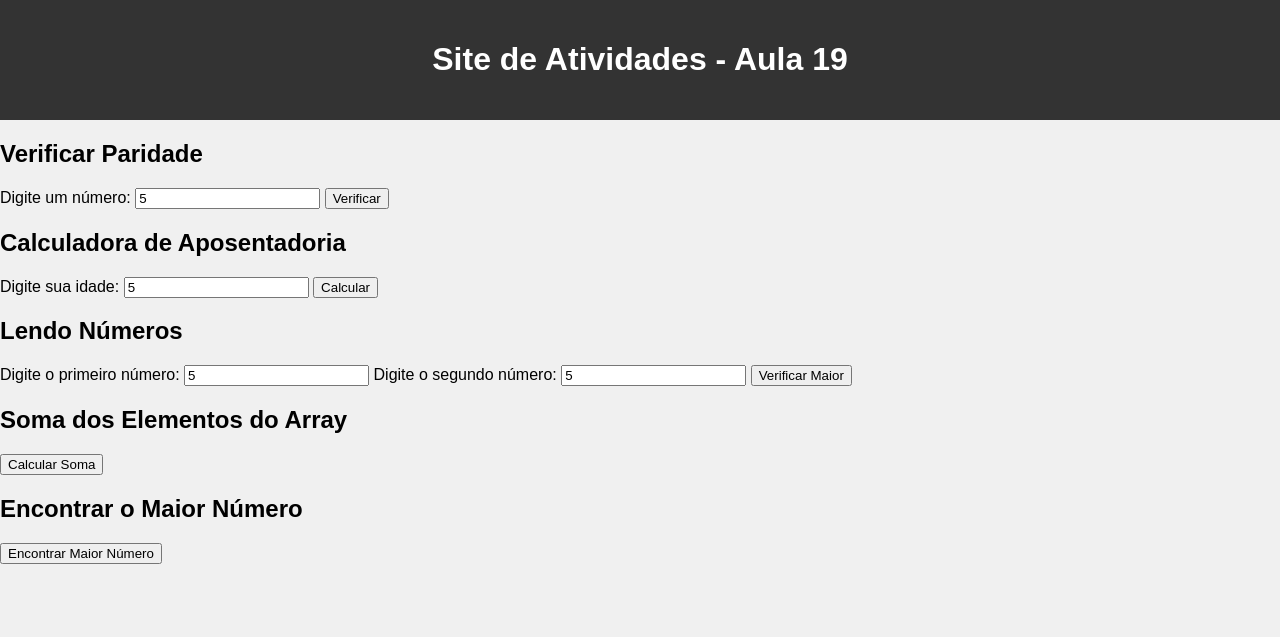
Repository: Gabrielb0rn/Java-script.io
Page: 19aula 1208/index.html
The author's editor kept a copy of each file at every save. The page is drawn from the files as they stood at one save, then again after the next save.
The browser window is 1280 px wide. The pictures show the whole page.
Empty fields were first filled with sample values (such as "Sample", 5 or name@example.com).
After loading, the first visible `#formAposentadoria` was submitted once.

Above is the page before, as saved 2024-08-12 08:42:01.
Console error: TypeError: Cannot read properties of null (reading 'addEventListener')

### 19aula 1208/index.html
<!DOCTYPE html>
<html lang="pt-BR">
<head>
    <meta charset="UTF-8">
    <meta name="viewport" content="width=device-width, initial-scale=1.0">
    <title>Site de atividades - aula 19</title>
    <link rel="stylesheet" href="assets/style.css">
</head>
<body>
    <header>
        <h1>Site de Atividades - Aula 19</h1>
    </header>

    <!-- Seção da Atividade 1: Verificar Paridade -->
    <section>
        <h2>Verificar Paridade</h2>
        <form class="container" id="formParidade">
            <label for="numeroParidade">Digite um número:</label>
            <input type="number" id="numeroParidade" name="numeroParidade" required>
            <button type="submit">Verificar</button>
        </form>
        <p id="resultadoParidade"></p>
    </section>

    <!-- Seção da Atividade 2: Aposentadoria -->
    <section>
        <h2>Calculadora de Aposentadoria</h2>
        <form class="container" id="formAposentadoria">
            <label for="idadeAposentadoria">Digite sua idade:</label>
            <input type="number" id="idadeAposentadoria" name="idadeAposentadoria" required>
            <button type="submit">Calcular</button>
        </form>
        <p id="resultadoAposentadoria"></p>
    </section>

    <!-- Seção da Atividade 3: Lendo Números -->
    <section>
        <h2>Lendo Números</h2>
        <form class="container" id="formLendoNumeros">
            <label for="numero1">Digite o primeiro número:</label>
            <input type="number" id="numero1" name="numero1" required>
            <label for="numero2">Digite o segundo número:</label>
            <input type="number" id="numero2" name="numero2" required>
            <button type="submit">Verificar Maior</button>
        </form>
        <p id="resultadoLendoNumeros"></p>
    </section>

    <!-- Seção da Atividade 4: Soma dos Elementos do Array -->
    <section>
        <h2>Soma dos Elementos do Array</h2>
        <button id="calcularSoma">Calcular Soma</button>
        <p id="resultadoSoma"></p>
    </section>

    <!-- Seção da Atividade 5: Encontrar o Maior Número -->
    <section>
        <h2>Encontrar o Maior Número</h2>
        <button id="encontrarMaior">Encontrar Maior Número</button>
        <p id="resultadoMaior"></p>
    </section>

    <script src="assets/scripts.js"></script>
</body>
</html>

### 19aula 1208/assets/style.css
body {
    background-color: #f0f0f0;
    font-family: Arial, sans-serif;
    margin: 0;
    padding: 0;
}

header {
    background-color: #333;
    color: #fff;
    padding: 20px;
    text-align: center;
}

### 19aula 1208/assets/scripts.js
//  --------------------------------- Aposentadoria ---------------------------------------------

document.getElementById('formAposentadoria').addEventListener('submit', function(event) {
    event.preventDefault();
    const idade = document.getElementById('idade').value;
    const idadeMinimaParaAposentadoria = 65;
    let resultado;

    if (idade >= idadeMinimaParaAposentadoria) {
        resultado = "Você já pode se aposentar.";
    } else {
        const anosRestantes = idadeMinimaParaAposentadoria - idade;
        resultado = `Faltam ${anosRestantes} anos para você se aposentar.`;
    }

    document.getElementById('resultadoAposentadoria').innerText = resultado;
});

// --------------------------------- Calculadora de IMC ----------------------------------------

document.getElementById('formIMC').addEventListener('submit', function(event) {
    event.preventDefault();
    const peso = parseFloat(document.getElementById('peso').value);
    const altura = parseFloat(document.getElementById('altura').value);
    const imc = (peso / (altura * altura)).toFixed(2);
    let categoria;

    if (imc < 18.5) {
        categoria = "Abaixo do peso";
    } else if (imc < 24.9) {
        categoria = "Peso normal";
    } else if (imc < 29.9) {
        categoria = "Sobrepeso";
    } else {
        categoria = "Obesidade";
    }

    document.getElementById('resultadoIMC').innerText = `Seu IMC é ${imc} (${categoria})`;
});

// -------------------------- Verificação de Número Par ou Ímpar ------------------------------

document.getElementById('formParImpar').addEventListener('submit', function(event) {
    event.preventDefault();
    const numero = parseInt(document.getElementById('numero').value);
    const resultado = numero % 2 === 0 ? "O número é par." : "O número é ímpar.";

    document.getElementById('resultadoParImpar').innerText = resultado;
});

// ---------------------------- Adicione mais scripts conforme necessário ------------------------

After the next save:
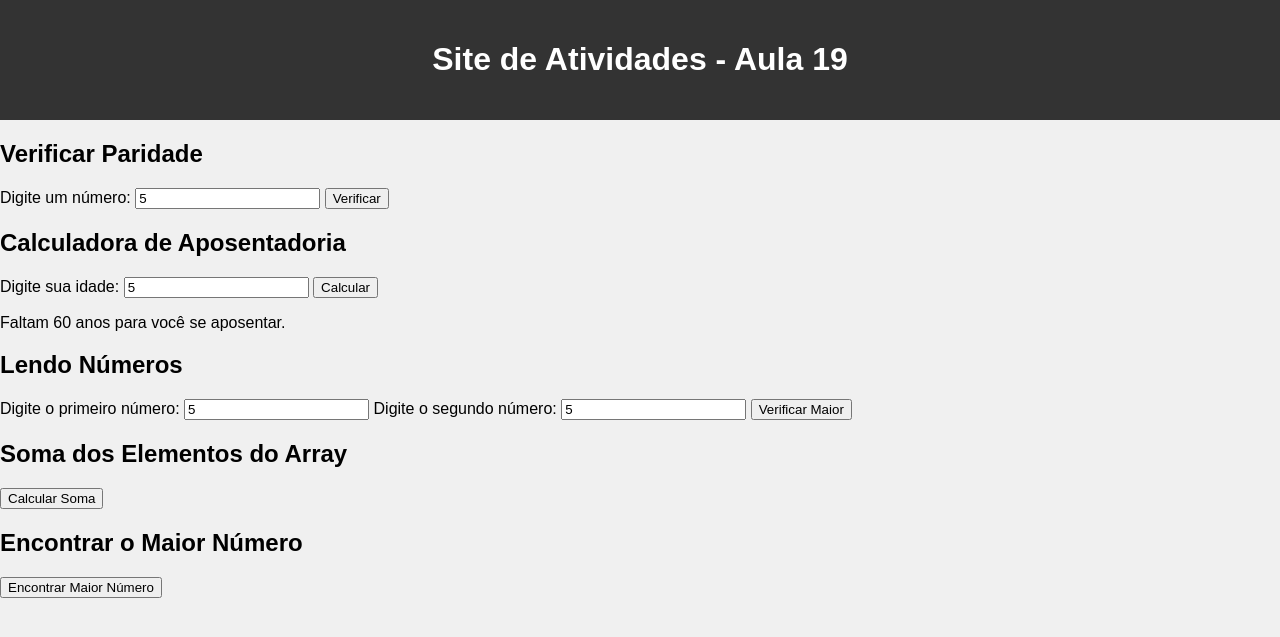
The error is gone.
Saved 25 s later.
--- a/19aula 1208/assets/scripts.js
+++ b/19aula 1208/assets/scripts.js
@@ -1,51 +1,65 @@
-//  --------------------------------- Aposentadoria ---------------------------------------------
+//  -------------------------- Verificar Paridade ------------------------------------
+
+document.getElementById('formParidade').addEventListener('submit', function(event) {
+    event.preventDefault();
+    const numero = parseInt(document.getElementById('numeroParidade').value);
+    const resultado = verificarParidade(numero);
+    document.getElementById('resultadoParidade').innerText = `O número é ${resultado}.`;
+});
+
+function verificarParidade(numero) {
+    return numero % 2 === 0 ? "Par" : "Ímpar";
+}
+
+// --------------------------- Calculadora de Aposentadoria --------------------------
 
 document.getElementById('formAposentadoria').addEventListener('submit', function(event) {
     event.preventDefault();
-    const idade = document.getElementById('idade').value;
-    const idadeMinimaParaAposentadoria = 65;
-    let resultado;
-
-    if (idade >= idadeMinimaParaAposentadoria) {
-        resultado = "Você já pode se aposentar.";
-    } else {
-        const anosRestantes = idadeMinimaParaAposentadoria - idade;
-        resultado = `Faltam ${anosRestantes} anos para você se aposentar.`;
-    }
-
+    const idade = parseInt(document.getElementById('idadeAposentadoria').value);
+    const resultado = idadeParaAposentadoria(idade);
     document.getElementById('resultadoAposentadoria').innerText = resultado;
 });
 
-// --------------------------------- Calculadora de IMC ----------------------------------------
+function idadeParaAposentadoria(idade) {
+    const idadeMinimaParaAposentadoria = 65;
+    if (idade >= idadeMinimaParaAposentadoria) {
+        return "Você já pode se aposentar.";
+    } else {
+        const anosRestantes = idadeMinimaParaAposentadoria - idade;
+        return `Faltam ${anosRestantes} anos para você se aposentar.`;
+    }
+}
 
-document.getElementById('formIMC').addEventListener('submit', function(event) {
+// ------------------------------ Lendo Números --------------------------------------
+
+document.getElementById('formLendoNumeros').addEventListener('submit', function(event) {
     event.preventDefault();
-    const peso = parseFloat(document.getElementById('peso').value);
-    const altura = parseFloat(document.getElementById('altura').value);
-    const imc = (peso / (altura * altura)).toFixed(2);
-    let categoria;
-
-    if (imc < 18.5) {
-        categoria = "Abaixo do peso";
-    } else if (imc < 24.9) {
-        categoria = "Peso normal";
-    } else if (imc < 29.9) {
-        categoria = "Sobrepeso";
-    } else {
-        categoria = "Obesidade";
-    }
-
-    document.getElementById('resultadoIMC').innerText = `Seu IMC é ${imc} (${categoria})`;
+    const numero1 = parseInt(document.getElementById('numero1').value);
+    const numero2 = parseInt(document.getElementById('numero2').value);
+    const maiorNumero = Math.max(numero1, numero2);
+    document.getElementById('resultadoLendoNumeros').innerText = `Maior número entrado: ${maiorNumero}`;
 });
 
-// -------------------------- Verificação de Número Par ou Ímpar ------------------------------
+// ------------------------ Soma dos Elementos do Array -----------------------------
 
-document.getElementById('formParImpar').addEventListener('submit', function(event) {
-    event.preventDefault();
-    const numero = parseInt(document.getElementById('numero').value);
-    const resultado = numero % 2 === 0 ? "O número é par." : "O número é ímpar.";
-
-    document.getElementById('resultadoParImpar').innerText = resultado;
+document.getElementById('calcularSoma').addEventListener('click', function() {
+    const numeros = [5, 10, 15, 20, 25]; // Array de exemplo
+    const soma = somaElementos(numeros);
+    document.getElementById('resultadoSoma').innerText = `Soma dos elementos: ${soma}`;
 });
 
-// ---------------------------- Adicione mais scripts conforme necessário ------------------------
+function somaElementos(array) {
+    return array.reduce((total, num) => total + num, 0);
+}
+
+// ------------------------ Encontrar o Maior Número --------------------------------
+
+document.getElementById('encontrarMaior').addEventListener('click', function() {
+    const numeros = [5, 10, 15, 20, 25]; // Array de exemplo
+    const maiorNumero = encontrarMaiorNumero(numeros);
+    document.getElementById('resultadoMaior').innerText = `Maior número no array: ${maiorNumero}`;
+});
+
+function encontrarMaiorNumero(array) {
+    return Math.max(...array);
+}
